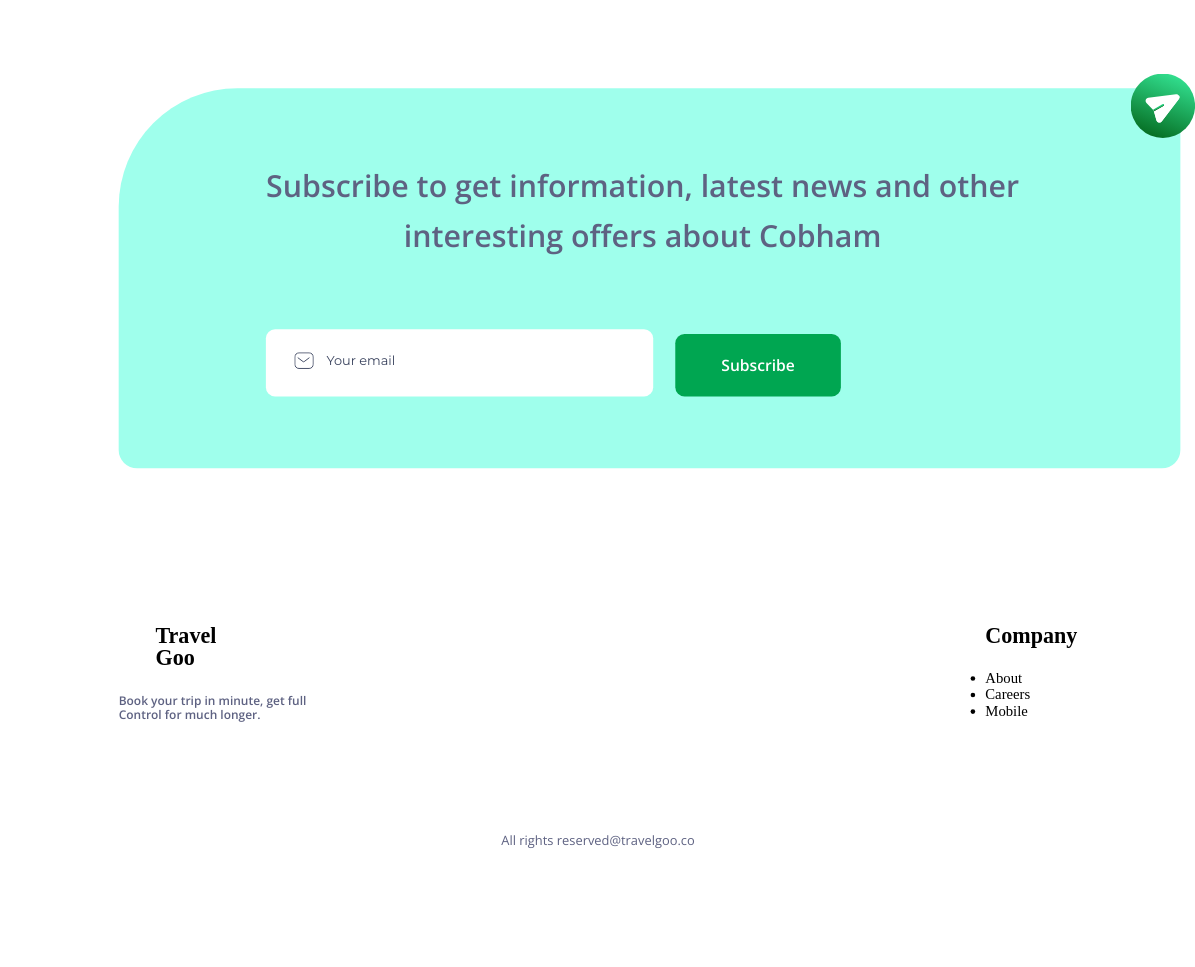
Repository: HeybetzadeQedim/task-5
Page: index.html
The author's editor kept a copy of each file at every save. The page is drawn from the files as they stood at one save, then again after a run of saves.
The browser window is 1280 px wide. The page is 1299 px wide, so the pictures cover 1299 px, including what lies to the right of the window. The pictures show the whole page, at 92% of full size.
Some web fonts or font styles are not loaded; a fallback is used.

Above is the page before, as saved 2023-10-16 16:00:00.

After the next 2 saves:
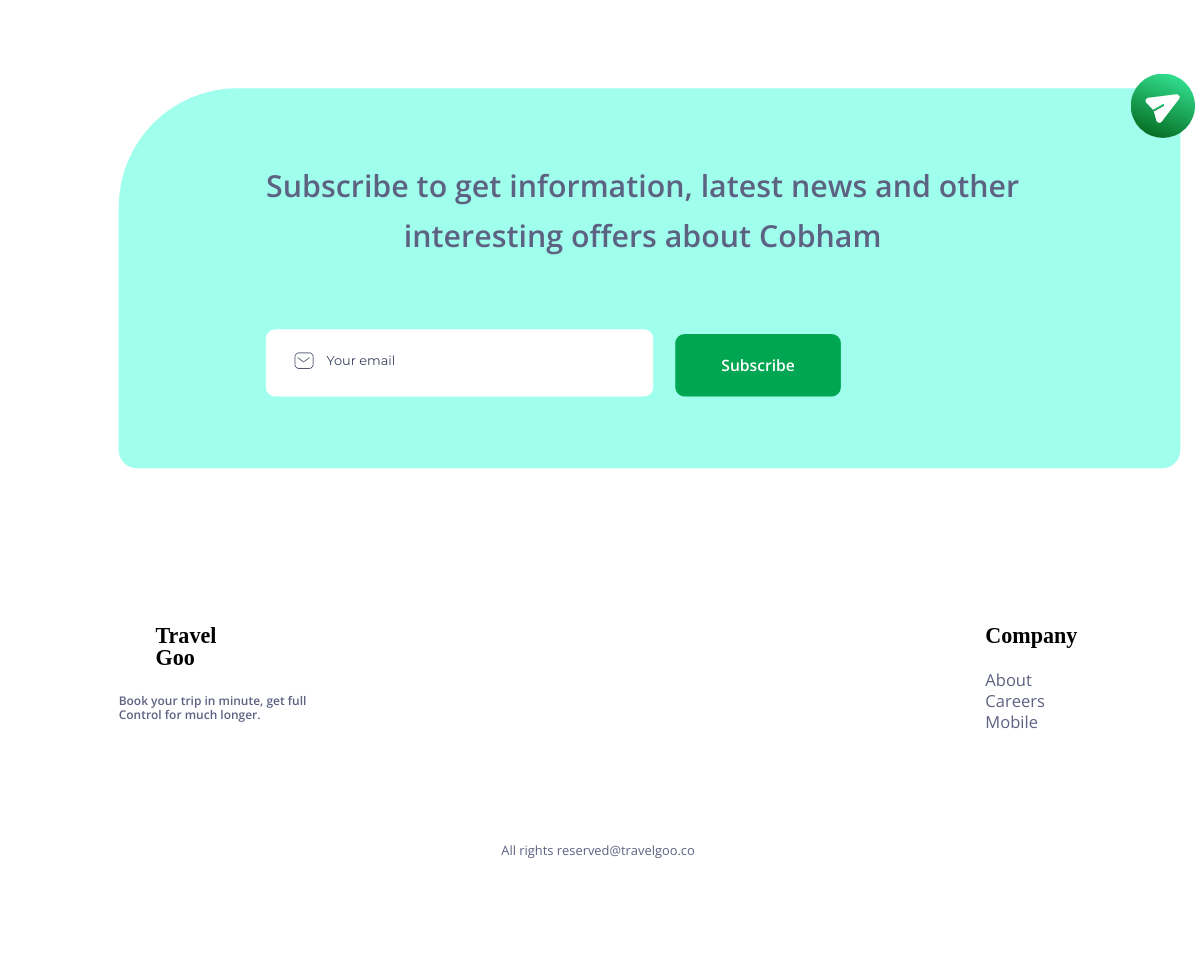
The 2 saves are shown as one change because they came seconds apart.
The last was saved 7 s later.
--- a/index.css
+++ b/index.css
@@ -154,7 +154,7 @@
 .li-container-3 ul {
   /* display: flex; */
 }
-. li {
+ ul li  {
   list-style-type: none;
   color: var(--TEXT-CLR, #5e6282);
   font-family: Open Sans;
